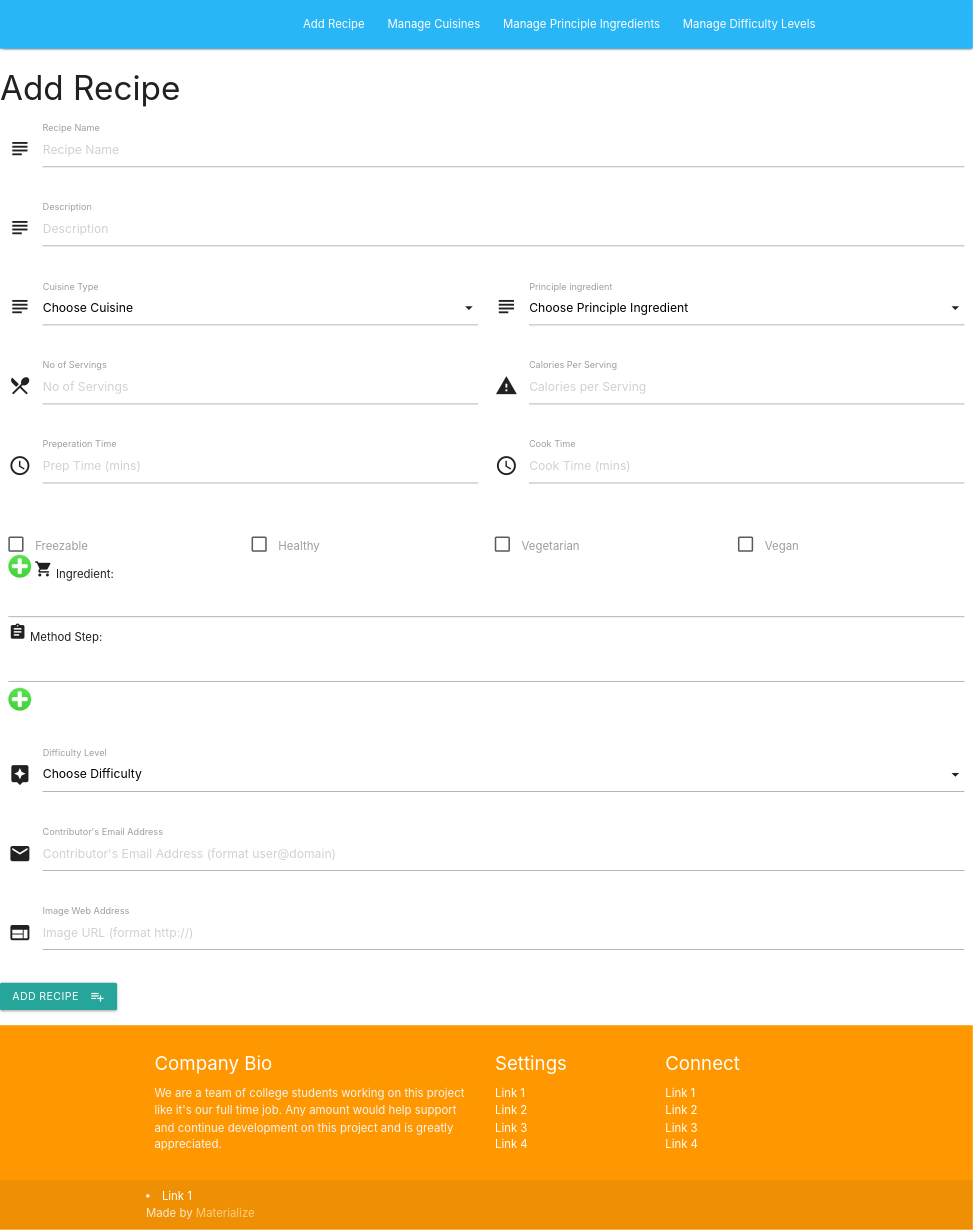
Repository: keefm6776/cookery-website
Page: templates/add_recipe.html
The author's editor kept a record of every edit. The page is drawn from the files as they stood at one moment, then again after the next edit.
The browser window is 1280 px wide. The pictures show the whole page, at 76% of full size.
The page is served by the project's application, run on Flask 3 (app.py). The template is opened directly, without the code that normally fills it, so the values that code supplies are empty.

Above is the page before.

### templates/add_recipe.html
{% extends 'base.html' %} {% block content %}

<h3>Add Recipe</h3>

<div class="row">
    <form action="{{url_for('insert_recipe')}}" method="POST" class="col s12">
        <div class="row">
            <div class="input-field col s12">
                <i class="material-icons prefix">subject</i>
                <label>Recipe Name</label>
                <input placeholder="Recipe Name" id="recipe_name" name="recipe_name" type="text" class="validate">
            </div>
            <!-- input-field -->
        </div>
        <!-- Row -->
        <div class="row">
            <div class="input-field col s12">
                <i class="material-icons prefix">subject</i>
                <label>Description</label>
                <input placeholder="Description" id="blurb" name="blurb" type="text" class="validate">
            </div>
            <!-- input-field -->
        </div>
        <!-- Row -->

        <div class="row">
            <div class="input-field col s12 l6">
                <i class="material-icons prefix">subject</i>
                <select id="cuisine_type" name="cuisine_type" type="text">
            <option value="" disabled selected>Choose Cuisine</option>
            {% for cuisine in cuisines %}
                       <option value="{{cuisine.name}}">{{cuisine.name}}</option>
            {% endfor %}
        </select>
                <label>Cuisine Type</label>
            </div>
            <!-- input-field -->


            <div class="input-field col s12 l6">
                <i class="material-icons prefix">subject</i>
                <select id="principle" name="principle_ingredient" type="text`">
            <option value="" disabled selected>Choose Principle Ingredient</option>

            {% for principle in principles %}
              <option value="{{principle.name}}">{{principle.name}}</option>
            {% endfor %}
        </select>
                <label>Principle ingredient</label>
            </div>
            <!-- input-field -->
        </div>
        <!-- Row -->


        <div class="row">
            <div class="input-field col l6 s12">
                <i class="material-icons prefix">restaurant_menu</i>
                <label>No of Servings</label>
                <input placeholder="No of Servings" id="servings" name="servings" type="number" class="validate">
            </div>
            <!-- input-field -->
            <div class="input-field col l6 s12">
                <i class="material-icons prefix">warning</i>
                <label>Calories Per Serving</label>
                <input placeholder="Calories per Serving" id="calories_per_serve" name="calories_per_serve" type="number" class="validate">
            </div>
            <!-- inpuit-field -->
        </div>
        <!-- Row -->

        <div class="row">
            <div class="input-field col l6 s12">
                <i class="material-icons prefix">access_time</i>
                <label>Preperation Time</label>
                <input placeholder="Prep Time (mins)" id="prep_time" name="prep_time" type="number" class="validate">
            </div>
            <!-- input-field -->
            <div class="input-field col l6 s12">
                <i class="material-icons prefix">access_time</i>
                <label>Cook Time</label>
                <input placeholder="Cook Time (mins)" id="cook_time" name="cook_time" type="number" class="validate">
            </div>
            <!-- input-field -->
        </div>
        <!-- Row -->

        <div class="row">
            <div class="input-field col s6 l3">
                <label>
          <input type="checkbox" id="isfreezable" name="isfreezable" class="filled-in"/>
          <span>Freezable</span>
        </label>
            </div>
            <!-- input-field -->

            <div class="input-field col s6 l3">
                <label>
          <input type="checkbox" id="ishealthy" name="ishealthy" class="filled-in"/>
          <span>Healthy</span>
        </label>
            </div>
            <!-- input-field -->

            <div class="input-field col s6 l3">
                <label>
          <input type="checkbox" id="isvegetarian" name="isvegetarian" class="filled-in"/>
          <span>Vegetarian</span>
        </label>
            </div>
            <!-- input-field -->

            <div class="input-field col s6 l3">
                <label>
          <input type="checkbox" id="isvegan" name="isvegan" class="filled-in"/>
          <span>Vegan</span>
        </label>
            </div>
            <!-- input-field -->
        </div>
        <!-- Row -->



        <div class="field_wrapper">
            <div>
                <a href="javascript:void(0);" class="add_button" title="Add field"><img src="{{url_for('static', filename='images/add-1-icon.png')}}" alt="Tick" width="30" height="30" /></a>
                <i class="material-icons prefix">local_grocery_store</i> Ingredient:
                <input type="text" name="ingredient[]" value="" />
            </div>
        </div>

        <div class="field_wrapper">
            <div>
                <i class="material-icons prefix">assignment</i> Method Step:
                <input type="text" name="method_step[]" value="" />
                <a href="javascript:void(0);" class="add_button" title="Add Method field"><img src="{{url_for('static', filename='images/add-1-icon.png')}}" alt="Tick" width="30" height="30" /></a>
            </div>
        </div>

</div>


<div class="row">

</div>

<div class="row">
    <div class="input-field col s12">
        <i class="material-icons prefix">assistant</i>
        <select id="difficulty" name="difficulty" type="text">
            <option value="" disabled selected>Choose Difficulty</option>
            {% for level in difficulties%}
              <option value="{{ level.level }}">{{ level.level }}</option>
            {% endfor %}
        </select>
        <label>Difficulty Level</label>
    </div>
    <!-- input-field -->
</div>
<!-- Row -->

<div class="row">
    <div class="input-field col s12">
        <i class="material-icons prefix">email</i>
        <label>Contributor's Email Address</label>
        <input placeholder="Contributor's Email Address (format user@domain)" id="contributor" name="contributor" type="email" class="validate">
    </div>
    <!-- input-field -->
</div>
<!-- Row -->

<div class="row">
    <div class="input-field col s12">
        <i class="material-icons prefix">web</i>
        <label>Image Web Address</label>
        <input placeholder="Image URL (format http://)" id="image_url" name="image_url" type="url" class="validate">
    </div>
    <!-- input-field -->
</div>
<!-- Row -->

<div class="row">
    <button class="btn waves-effect waves-light" type="submit" name="action">Add Recipe
                <i class="material-icons right">playlist_add</i>
            </button>
</div>
<!--Row-->
</form>
</div>
<!-- Row -->

{% endblock %}

### templates/base.html
<!DOCTYPE html>
<html lang="en">

<head>
  <meta http-equiv="Content-Type" content="text/html; charset=UTF-8" />
  <meta name="viewport" content="width=device-width, initial-scale=1" />
  <title>Cookbook Website</title>

  <!--Load links to CSS files for materialize and my own-->
  <link href="https://fonts.googleapis.com/icon?family=Material+Icons" rel="stylesheet">
  <link rel="stylesheet" href="{{url_for('static', filename='css/materialize.min.css')}}" type="text/css">
  <link rel="stylesheet" href="{{url_for('static', filename='css/style.css')}}" type="text/css">

</head>

<body>

  <nav class="light-blue lighten-1" role="navigation">
    <div class="nav-wrapper container"><a id="logo-container" href="{{url_for('static', filename='images/earth.jpg')}}" class="brand-logo"></a>
      <ul class="right hide-on-med-and-down">
        <li><a href="{{url_for('add_recipe')}}">Add Recipe</a></li>
        <li><a href="{{url_for('get_cuisines')}}">Manage Cuisines</a></li>
        <li><a href="{{url_for('get_principles')}}">Manage Principle Ingredients</a></li>
        <li><a href="{{url_for('get_difficulties')}}">Manage Difficulty Levels</a></li>
      </ul>

      <ul id="nav-mobile" class="sidenav">
        <li><a href="{{url_for('get_recipes')}}">List Recipes</a></li>
        <li><a href="{{url_for('add_recipe')}}">Add Recipe</a></li>
        <li><a href="{{url_for('get_cuisines')}}">Manage Cuisines</a></li>
        <li><a href="{{url_for('get_principles')}}">Manage Principle Ingredients</a></li>
        <li><a href="{{url_for('get_difficulties')}}">Manage Difficulty Levels</a></li>
      </ul>
      <a href="#" data-target="nav-mobile" class="sidenav-trigger"><i class="material-icons">menu</i></a>
    </div>
  </nav>

  {% block content %} {% endblock %}

  <footer class="page-footer orange">
    <div class="container">
      <div class="row">
        <div class="col l6 s12">
          <h5 class="white-text">Company Bio</h5>
          <p class="grey-text text-lighten-4">We are a team of college students working on this project like it's our full time job. Any amount would help support and continue development on this project and is greatly appreciated.</p>


        </div>
        <div class="col l3 s12">
          <h5 class="white-text">Settings</h5>
          <ul>
            <li><a class="white-text" href="#!">Link 1</a></li>
            <li><a class="white-text" href="#!">Link 2</a></li>
            <li><a class="white-text" href="#!">Link 3</a></li>
            <li><a class="white-text" href="#!">Link 4</a></li>
          </ul>
        </div>
        <div class="col l3 s12">
          <h5 class="white-text">Connect</h5>
          <ul>
            <li><a class="white-text" href="#!">Link 1</a></li>
            <li><a class="white-text" href="#!">Link 2</a></li>
            <li><a class="white-text" href="#!">Link 3</a></li>
            <li><a class="white-text" href="#!">Link 4</a></li>
          </ul>
        </div>
      </div>
    </div>

    <div class="footer-copyright">
      <div class="container">
        <li><a class="white-text" href="#!">Link 1</a></li>
        Made by <a class="orange-text text-lighten-3" href="http://materializecss.com">Materialize</a>
      </div>
    </div>
  </footer>



  <!--JavaScript at end of body for optimized loading-->
  <script type="text/javascript" src="{{url_for('static', filename='js/jquery.js')}}"></script>
  <script type="text/javascript" src="{{url_for('static', filename='js/init.js')}}"></script>
  <script type="text/javascript" src="{{url_for('static', filename='js/materialize.min.js')}}"></script>
  <script type="text/javascript">
    $(document).ready(function() {
      $('select').formSelect();
    });
  </script>

  <script type="text/javascript">
$(document).ready(function(){
    var maxField = 10; //Input fields increment limitation
    var addButton = $('.add_button'); //Add button selector
    var wrapper = $('.field_wrapper'); //Input field wrapper
    var fieldHTML = '<div><input type="text" name="field_name[]" value=""/><a href="javascript:void(0);" class="remove_button"><img src="remove-icon.png"/></a></div>'; //New input field html
    var x = 1; //Initial field counter is 1

    //Once add button is clicked
    $(addButton).click(function(){
        //Check maximum number of input fields
        if(x < maxField){
            x++; //Increment field counter
            $(wrapper).append(fieldHTML); //Add field html
        }
    });

    //Once remove button is clicked
    $(this).on('click', '.remove_button', function(e){
        e.preventDefault();
        $(this).parent('div').remove(); //Remove field html
        x--; //Decrement field counter
    });
});
</script>

</body>



<footer>

</footer>

</html>

### app.py
import os
from flask import Flask, render_template, redirect, request, url_for
from flask_pymongo import PyMongo
from bson.objectid import ObjectId

app = Flask(__name__)
app.config["MONGO_DBNAME"] = 'cookbook'
app.config["MONGO_URI"] = 'mongodb+srv://root:31Wirpbj6677@cookery-website-xysxa.mongodb.net/cookbook?retryWrites=true&w=majority'

mongo = PyMongo(app)

################################################################################### Recipe Operations

@app.route('/')
@app.route('/get_recipes')
def get_recipes():
    all_recipes=mongo.db.recipes.find()
    return render_template("list_recipes.html", recipes=all_recipes)

@app.route('/add_recipe')
def add_recipe():
    all_difficulties=mongo.db.difficulty_levels.find()
    all_cuisines=mongo.db.cuisine_type.find()
    all_principles=mongo.db.principle_ingredients.find()
    return render_template("add_recipe.html", difficulties=all_difficulties, cuisines=all_cuisines, principles=all_principles)

@app.route('/insert_recipe', methods=['POST'])
def insert_recipe():
    recipes = mongo.db.recipes
    recipes.insert_one(request.form.to_dict())
    return redirect(url_for('get_recipes'))

@app.route('/view_recipe/<recipe_id>')
def view_recipe(recipe_id):
    this_recipe=mongo.db.recipes.find_one({"_id": ObjectId(recipe_id)})
    all_cuisines=mongo.db.cuisine_type.find()
    return render_template('view_recipe.html', recipe=this_recipe, cuisines=all_cuisines)

@app.route('/edit_recipe/<recipe_id>')
def edit_recipe(recipe_id):
    this_recipe =  mongo.db.recipes.find_one({"_id": ObjectId(recipe_id)})
    all_cuisines =  mongo.db.cuisine_type.find()
    all_principles =  mongo.db.principle_ingredients.find()
    all_difficulties = mongo.db.difficulty_levels.find()
    return render_template('edit_recipe.html', recipe=this_recipe, cuisines=all_cuisines, principles=all_principles, difficulties=all_difficulties)

@app.route('/update_recipe/<recipe_id>', methods=['POST'])
def update_recipe(recipe_id):
    recipes =  mongo.db.recipes
    recipes.update({'_id': ObjectId(recipe_id)},
    {'recipe_name': request.form.get('recipe_name'),
    'cuisine_type': request.form.get('cuisine_type'),
    'servings': request.form.get('servings'),
    'prep_time': request.form.get('prep_time'),
    'cook_time': request.form.get('cook_time'),
    'calories_per_serve': request.form.get('calories_per_serve'),
    'difficulty': request.form.get('difficulty'),
    'blurb': request.form.get('blurb'),
    'isfreezable': request.form.get('isfreezable'),
    'ishealthy': request.form.get('ishealthy'),
    'isvegan': request.form.get('isvegan'),
    'isvegetarian': request.form.get('isvegetarian'),
    'ingredients': request.form.get('ingredients'),
    'method': request.form.get('method'),
    'principle_ingredient': request.form.get('principle_ingredient'),
    'contributor': request.form.get('contributor'),
    'image_url': request.form.get('image_url')
    })
    return redirect(url_for('get_recipes'))

@app.route('/delete_recipe/<recipe_id>')
def delete_recipe(recipe_id):
    mongo.db.recipes.remove({'_id': ObjectId(recipe_id)})
    return redirect(url_for('get_recipes'))

######################################################################## Cuisine Operations


@app.route('/get_cuisines')
def get_cuisines():
    all_cuisines=mongo.db.cuisine_type.find()
    return render_template("manage_cuisines.html", cuisines=all_cuisines)

@app.route('/add_cuisine')
def add_cuisine():
    all_cuisines=mongo.db.cuisine_type.find()
    return render_template("add_cuisine.html", cuisines=all_cuisines)

@app.route('/edit_cuisine/<cuisine_id>')
def edit_cuisine(cuisine_id):
    this_cuisine =  mongo.db.cuisine_type.find_one({"_id": ObjectId(cuisine_id)})
    return render_template("edit_cuisine.html", cuisine=this_cuisine)

@app.route('/delete_cuisine/<cuisine_id>')
def delete_cuisine(cuisine_id):
    mongo.db.cuisine_type.remove({'_id': ObjectId(cuisine_id)})
    return redirect(url_for('get_cuisines'))

@app.route('/insert_cuisine', methods=['POST'])
def insert_cuisine():
    cuisines = mongo.db.cuisine_type
    cuisines.insert_one(request.form.to_dict())
    return redirect(url_for('get_cuisines'))

@app.route('/update_cuisine/<cuisine_id>', methods=['POST'])
def update_cuisine(cuisine_id):
    cuisines =  mongo.db.cuisine_type
    cuisines.update({'_id': ObjectId(cuisine_id)},
    {'name': request.form.get('name'),
    'flag_image': request.form.get('flag_image')
    })
    return redirect(url_for('get_cuisines'))

######################################################################## Principle Ingredient Operations

@app.route('/get_principles')
def get_principles():
    all_principles=mongo.db.principle_ingredients.find()
    return render_template("manage_principles.html", principles=all_principles)

@app.route('/delete_principle/<principle_id>')
def delete_principle(principle_id):
    mongo.db.principle_ingredients.remove({'_id': ObjectId(principle_id)})
    return redirect(url_for('get_principles'))

@app.route('/add_principle')
def add_principle():
    all_principles=mongo.db.principle_ingredients.find()
    return render_template("add_principle.html", principles=all_principles)

@app.route('/insert_principle', methods=['POST'])
def insert_principle():
    principles = mongo.db.principle_ingredients
    principles.insert_one(request.form.to_dict())
    return redirect(url_for('get_principles'))

@app.route('/edit_principle/<principle_id>')
def edit_principle(principle_id):
    this_principle =  mongo.db.principle_ingredients.find_one({"_id": ObjectId(principle_id)})
    return render_template('edit_principle.html', principle=this_principle)

@app.route('/update_principle/<principle_id>', methods=['POST'])
def update_principle(principle_id):
    principles =  mongo.db.principle_ingredients
    principles.update({'_id': ObjectId(principle_id)},
    {'name': request.form.get('name'),
    'image_url': request.form.get('image_url')
    })
    return redirect(url_for('get_principles'))



######################################################################## Principle Ingredient Operations

@app.route('/get_difficulties')
def get_difficulties():
    all_difficulties=mongo.db.difficulty_levels.find()
    return render_template("manage_difficulties.html", difficulties=all_difficulties)

@app.route('/delete_difficulty/<difficulty_id>')
def delete_difficulty(difficulty_id):
    mongo.db.difficulty_levels.remove({'_id': ObjectId(difficulty_id)})
    return redirect(url_for('get_difficulties'))

@app.route('/add_difficulty')
def add_difficulty():
    all_difficulties=mongo.db.difficulty_levels.find()
    return render_template("add_difficulty.html", difficulties=all_difficulties)

@app.route('/insert_difficulty', methods=['POST'])
def insert_difficulty():
    difficulties = mongo.db.difficulty_levels
    difficulties.insert_one(request.form.to_dict())
    return redirect(url_for('get_difficulties'))

@app.route('/edit_difficulty/<difficulty_id>')
def edit_difficulty(difficulty_id):
    this_difficulty =  mongo.db.difficulty_levels.find_one({"_id": ObjectId(difficulty_id)})
    return render_template('edit_difficulty.html', difficulty=this_difficulty)

@app.route('/update_difficulty/<difficulty_id>', methods=['POST'])
def update_difficulty(difficulty_id):
    difficulties =  mongo.db.difficulty_levels
    difficulties.update({'_id': ObjectId(difficulty_id)},
    {'level': request.form.get('level'),
    'image_url': request.form.get('image_url')
    })
    return redirect(url_for('get_difficulties'))



#################################################################################################

if __name__ == '__main__':
    app.run(host=os.environ.get('IP'),
            port=int(os.environ.get('PORT')),
            debug=True)

### static/css/style.css
/* Custom Stylesheet */
/**
 * Use this file to override Materialize files so you can update
 * the core Materialize files in the future
 *
 * Made By MaterializeCSS.com
 */

.icon-block {
  padding: 0 15px;
}
.icon-block .material-icons {
	font-size: inherit;
}



/* User Styling */

.center-item{
    text-align: center;
}

.sidenav{
    background-color: #03a9f4;
}

.recipe-image{
   width: 100%;
   height: 100%;
}

### static/js/init.js
(function($) {
  $(function() {

    $('.sidenav').sidenav();

  }); // end of document ready

})(jQuery); // end of jQuery name space

Loaded but not shown: static/css/materialize.min.css (library); static/js/jquery.js (library); static/js/materialize.min.js (library)

After the next edit:
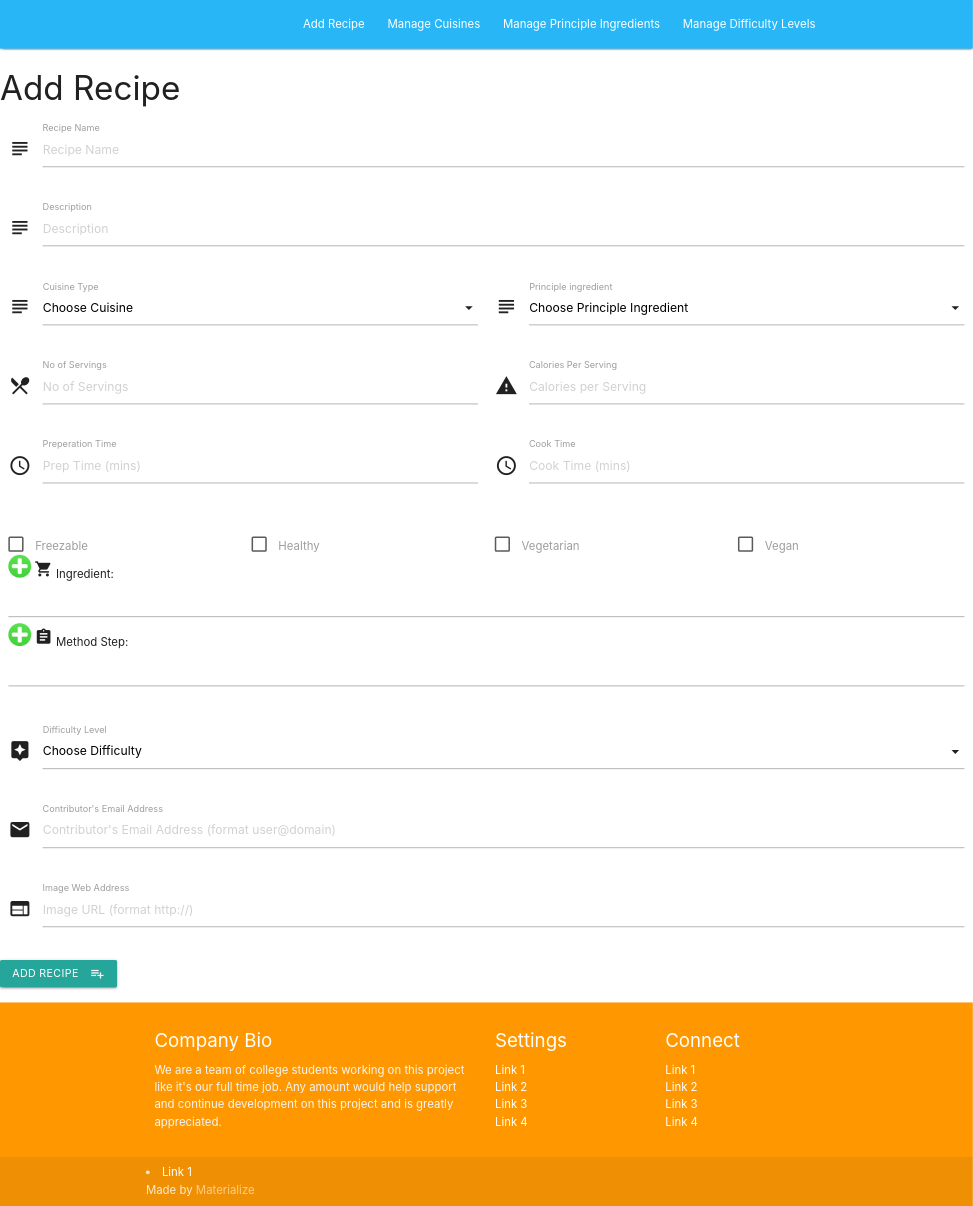
The edit:
--- a/templates/add_recipe.html
+++ b/templates/add_recipe.html
@@ -132,9 +132,10 @@
 
         <div class="field_wrapper">
             <div>
+                <a href="javascript:void(0);" class="add_button" title="Add field"><img src="{{url_for('static', filename='images/add-1-icon.png')}}" alt="Tick" width="30" height="30" /></a>
                 <i class="material-icons prefix">assignment</i> Method Step:
                 <input type="text" name="method_step[]" value="" />
-                <a href="javascript:void(0);" class="add_button" title="Add Method field"><img src="{{url_for('static', filename='images/add-1-icon.png')}}" alt="Tick" width="30" height="30" /></a>
+
             </div>
         </div>
 
